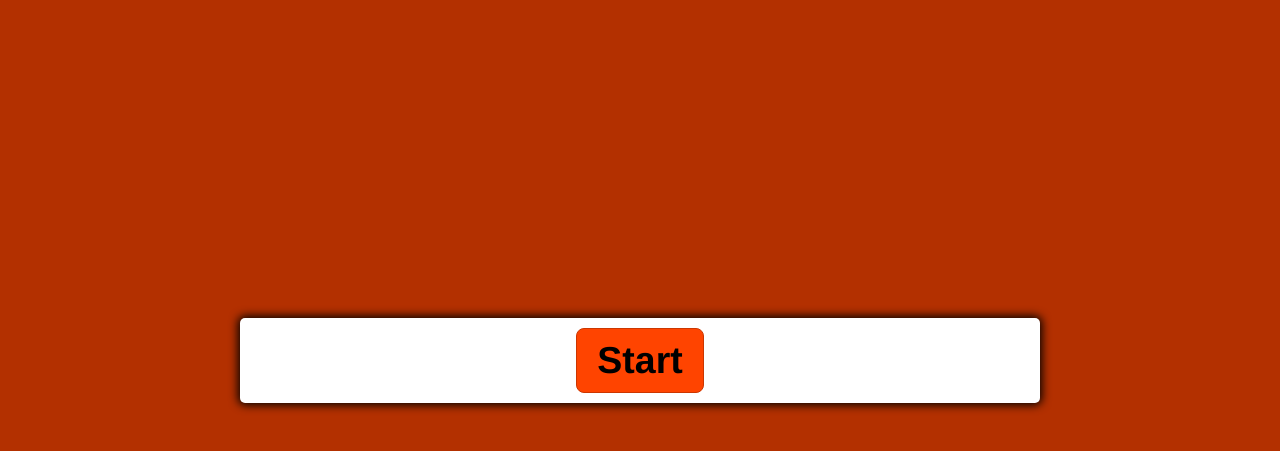
Repository: Vshepard879/Code-Quiz
Page: index.html
The author's editor kept a copy of each file at every save. The page is drawn from the files as they stood at one save, then again after the next save.
The browser window is 1280 px wide. The pictures show the whole page.
After loading, the first visible `#start-btn` was clicked once.

Above is the page before, as saved 2022-03-18 02:28:32.

### index.html
<!DOCTYPE html>
<html lang="en">
<head>
    <meta charset="UTF-8">
    <meta http-equiv="X-UA-Compatible" content="IE=edge">
    <meta name="viewport" content="width=device-width, initial-scale=1.0">
    <link href="./assets/css/style.css" link rel="stylesheet">
    <script defer src="./assets/js/script.js"></script>
    <title>Quiz App</title>
</head>
<body>
    <div class="container">
        <div id="question-container" class="hide">
                <div id="question">Question</div>
                <div id="answer-buttons" class="btn-grid">
                <button class="btn">Answer 1</button>
                <button class="btn">Answer 2</button>
                <button class="btn">Answer 3</button>
                <button class="btn">Answer 4</button>
            </div>
        </div>
        <div class="controls">
            <button id="start-btn" class="start-btn btn">Start</button>
            <button id="next-btn" class="next-btn btn hide">Next</button>
        </div>
    </div>
</body>
</html>

### assets/css/style.css
*, *::before, *::after {
    box-sizing: border-box;
    font-family: 'Franklin Gothic Medium', 'Arial Narrow', Arial, sans-serif;
    font-size: 25px;
}

:root {
    --hue-neutral: 16;
    --hue-wrong: 0;
    --hue-correct: 145;
}

body {
    --hue: var(--hue-neutral);
    padding: 0;
    margin: 0;
    display: flex;
    width: 100vw;
    height: 100vh;
    justify-content:center;
    align-items:center;
    background-color:hsl(var(--hue), 100%, 35%);
}


body.correct {
    --hue: var(--hue-correct);
}

body.wrong {
    --hue: var(--hue-wrong);
}

.container {
    width: 800px;
    max-width: 70%;
    background-color: white;
    border-radius: 5px;
    padding: 10px;
    box-shadow: 0 0 10px 2px;
}

.btn-grid {
    display: grid;
    grid-template-columns: repeat(2, auto);
    gap: 15px;
    margin: 20px 0;
}


.btn {
    --hue: var(--hue-neutral);
    border: 1px solid hsl(var(--hue),100%, 40%);
    background-color: hsl(var(--hue), 100%, 50%);
    border-radius: 8px;
    padding: 5px 10px;
    color: black;
    outline: none;
}

.btn:hover {
    border-color: black;
}

.btn.correct {
    --hue: var(--hue-correct)
}

.btn.wrong {
    --hue: var(--hue-wrong)
}

.start-btn, .next-btn {
    font-size: 1.5rem;
    font-weight: bold;
    padding: 10px 20px;
}

.controls {
    display: flex;
    justify-content: center;
    align-items: center;
    gap: 5px;
}

.hide {
    display: none;
}

### assets/js/script.js
const startButton = document.getElementById('start-btn')

startButton.addEventListener('click', startQuiz)

function startQuiz() {
console.log('Started')

}

function setNextQuestion() {

}

function selectAnswer() {

}

After the next save:
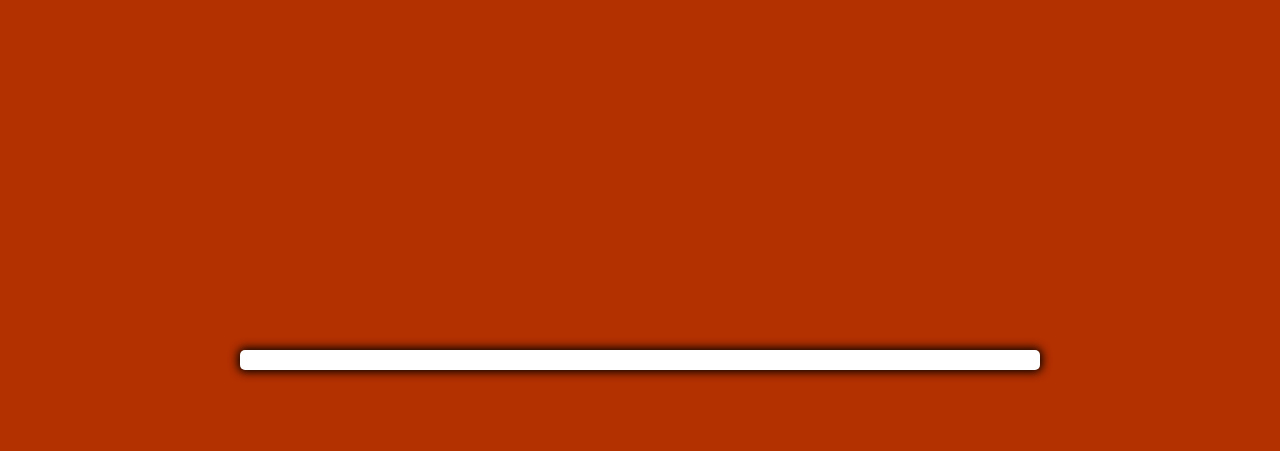
Saved 97 s later.
--- a/assets/js/script.js
+++ b/assets/js/script.js
@@ -4,6 +4,7 @@ startButton.addEventListener('click', startQuiz)
 
 function startQuiz() {
 console.log('Started')
+startButton.classList.add('hide')
 
 }
 
